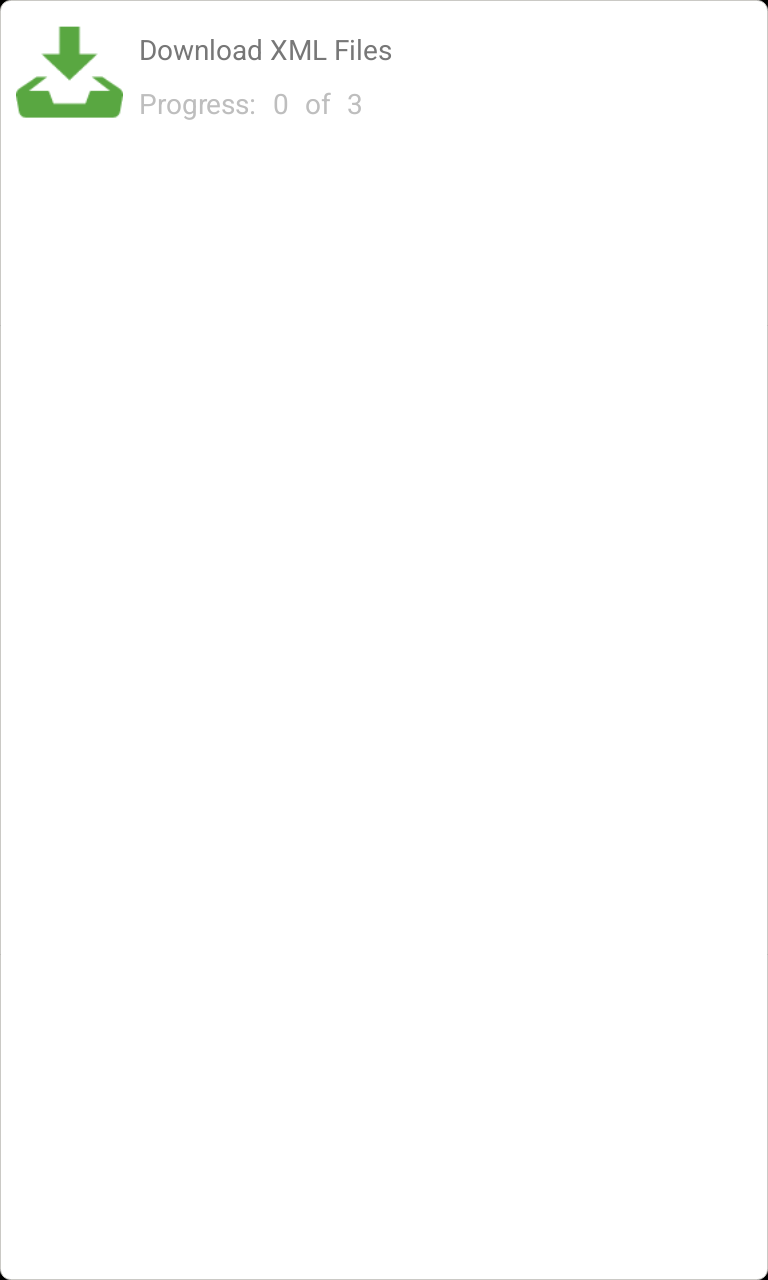
Repository: easyCZ/UoE-Projects
Layout: UG3-SELP/res/layout/download_and_parse.xml
The author's editor kept a copy of each file at every save. The layout is drawn from the files as they stood at one save, then again after the next save.
It is drawn on a 768 x 1280 px phone screen (xhdpi) without system bars, with theme android:Theme.Black.NoTitleBar; the app's code is not run.

Above is the layout before, as saved 2013-12-06 16:01:25.

After the next save:
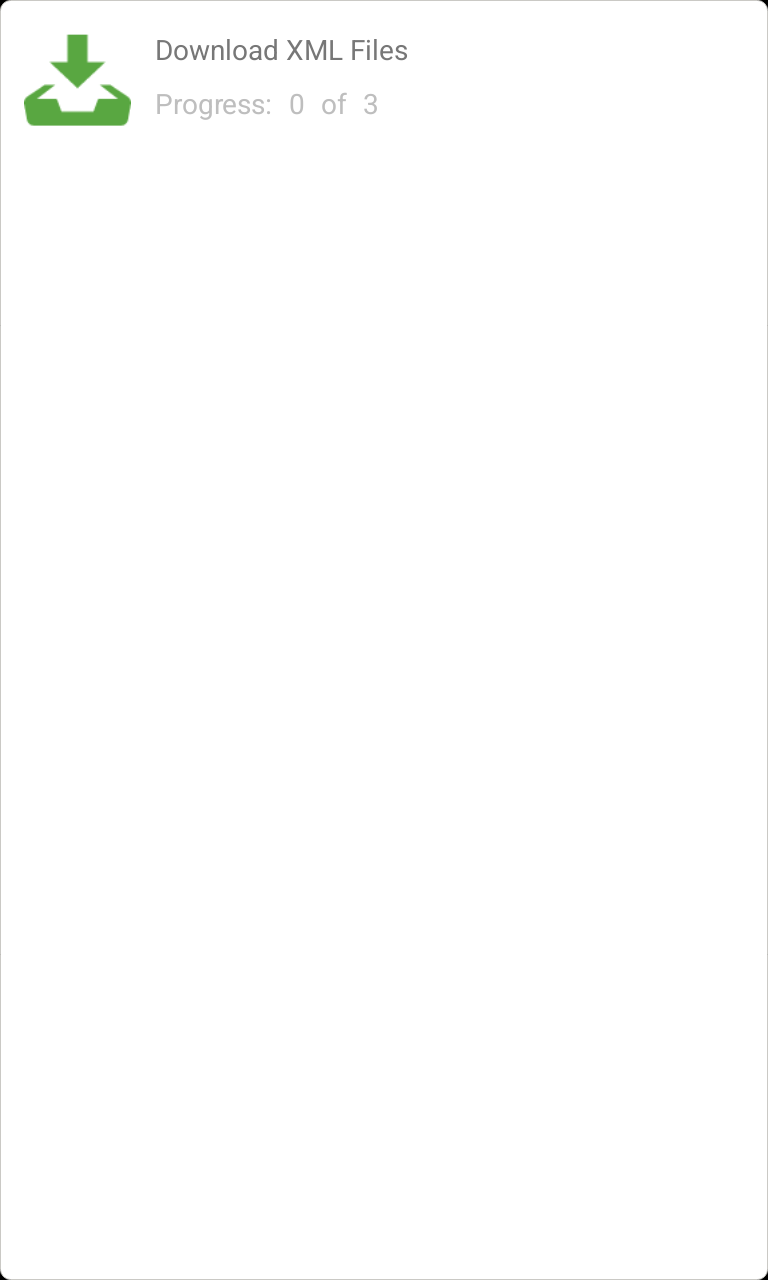
Saved 30 s later.
--- a/UG3-SELP/res/layout/download_and_parse.xml
+++ b/UG3-SELP/res/layout/download_and_parse.xml
@@ -13,7 +13,7 @@
         android:layout_height="wrap_content"
         android:layout_alignParentLeft="true"
         android:layout_alignParentTop="true"
-        android:padding="8dp"
+        android:padding="12dp"
         android:src="@drawable/download2" />
 
     <TextView
